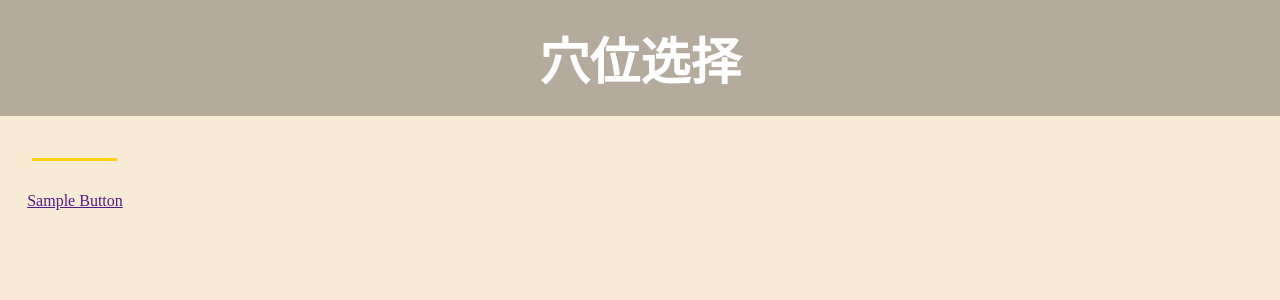
Repository: chjyume/zhongyi
Page: xuewei.html
An editor plug-in stored every save of this project. The page is shown before and after the next save, followed by the edit.
The browser window is 1280 px wide. The pictures show the whole page.

Above is the page before, as saved 2023-09-12 19:46:09.

After the next save:
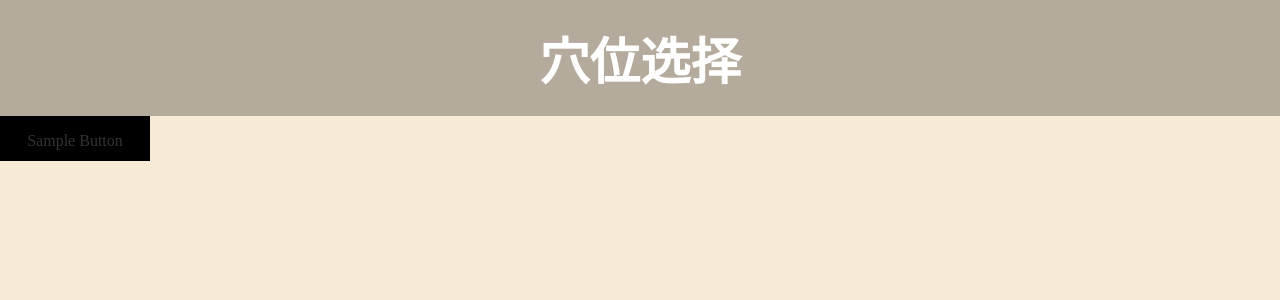
Saved 89 s later.
--- a/css/xuewei.css
+++ b/css/xuewei.css
@@ -26,22 +26,34 @@ img{
     float: left;
     width: auto;
     line-height: 45px;
-
+    display: inline-block;
     margin-right: 2em;
     text-align: center;
 }
-#set_7_button2 {
+
+#set_7_button1 {
     stroke-width: 6px;
     fill: transparent;
-    stroke: #ffd311;
+    stroke: #666666;
     stroke-dasharray: 85 400;
     stroke-dashoffset: -228;
     transition: 1s all ease;
 }
 
-.set_7_btn-wrapper:hover #set_7_button2 {
+.set_7_btn-wrapper:hover #set_7_button1 {
     stroke-dasharray: 50 0;
     stroke-width: 3px;
     stroke-dashoffset: 0;
-    stroke: #ffd311;
+    stroke: #666666;
 }
+
+#set_7_text {
+    margin-top: -60px;
+    text-align: center;
+}
+
+#set_7_text a {
+    color: #333;
+    text-decoration: none;
+    font-weight: 400;
+}
